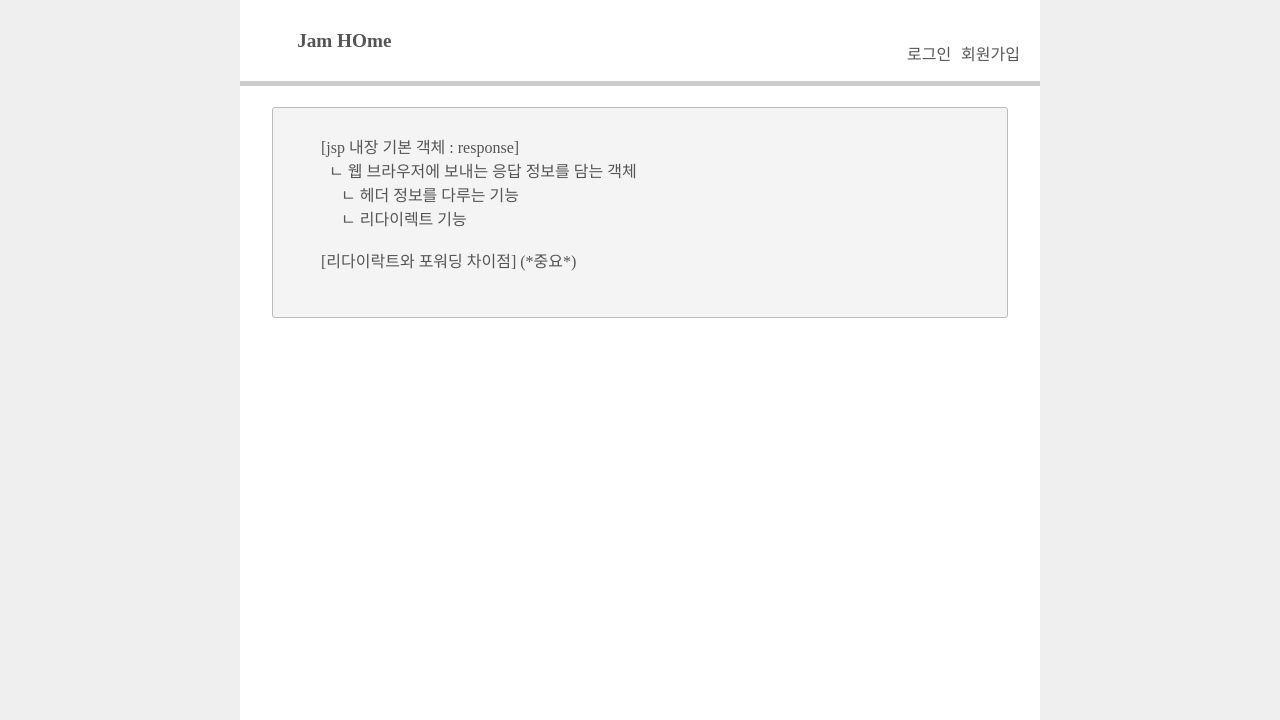
Repository: woals5636/JSPClass
Page: http://localhost/jspPro/days03/ex07.jsp
The author's editor kept a copy of each file at every save. The page is drawn from the files as they stood at one save, then again after the next save.
The browser window is 1280 px wide. The pictures show the whole page.
Some web fonts or font styles are not loaded; a fallback is used. The page is served by Tomcat 9. Other server files are loaded and not shown.

Above is the page before, as saved 2024-10-17 06:15:35.

### jspPro/src/main/webapp/days03/ex07.jsp
<%@ page contentType="text/html; charset=UTF-8" pageEncoding="UTF-8"%>
<!DOCTYPE html>
<html>
<head>
<meta charset="UTF-8">
<title>Insert title here</title>
<link rel="shortcut icon" type="image/x-icon" href="http://localhost/jspPro/images/SiSt.ico">
<script src="https://ajax.googleapis.com/ajax/libs/jquery/3.7.1/jquery.min.js"></script>
<meta name="viewport" content="width=device-width, initial-scale=1.0">
<meta name="google" content="notranslate">
<link rel="stylesheet" href="http://localhost/jspPro/resources/cdn-main/example.css">
<script src="http://localhost/jspPro/resources/cdn-main/example.js"></script>
<style>
 span.material-symbols-outlined{
    vertical-align: text-bottom;
 }
</style>
</head>
<body>
<header>
  <h1 class="main"><a href="#" style="position: absolute;top:30px;">Jam HOme</a></h1>
  <ul>
    <li><a href="#">로그인</a></li>
    <li><a href="#">회원가입</a></li>
  </ul>
</header>
<div>
  <xmp class="code">
  	[jsp 내장 기본 객체 : response]
  	  ㄴ 웹 브라우저에 보내는 응답 정보를 담는 객체
  	     ㄴ 헤더 정보를 다루는 기능
  	     ㄴ 리다이렉트 기능

  	[리다이락트와 포워딩 차이점] (*중요*)

  </xmp>
</div>
</body>
</html>

### jspPro/src/main/webapp/resources/cdn-main/example.css
@charset "UTF-8";

@import url('https://fonts.googleapis.com/css2?family=Material+Symbols+Outlined:opsz,wght,FILL,GRAD@20..48,100..700,0..1,-50..200');

@font-face {
    font-family: 'GmarketSansMedium';
    src: url('https://cdn.jsdelivr.net/gh/projectnoonnu/noonfonts_2001@1.1/GmarketSansMedium.woff') format('woff');
    font-weight: normal;
    font-style: normal;
}

:root {
	--text-color: #555;
	--sub-text-color: #777;
	--back-color: #EFEFEF;
	--header-color: #444;
	--primary-color: #DEDEDE;
	--secondary-color: #EFEFEF;
	--default-width: 800px;
	--narrow-width: 500px;
	--wide-width: 1200px;
	--text-font: 'GmarketSansMedium';
	--icon-font: 'Material Symbols Outlined';
	--border-color: #CCC;
}

html, body {
	margin: 0;
	padding: 0;
}

html {
	background-color: var(--back-color);
	display: flex;
	justify-content: center;
	min-height: 100vh;
}

body, body.default {
	width: var(--default-width);
	background-color: white;
	padding-bottom: 120px;
}

body.wide {
	width: var(--wide-width);
}

body.narrow {
	width: var(--narrow-width);
}



body, p, div, span, a, input, select, option, textarea, button, table, th, td, label, fieldset, legend {
	font-family: var(--text-font);
	color: var(--text-color);
}

h1, h2, h3 {
	font-family: var(--text-font);
	color: var(--header-color);
	padding: 0 1rem;
	padding-top: .5rem;
}

div > h1, div > h2, div > h3 {
	padding: 0;
}

body > div, body > main > div {
	padding: 0.3rem 1rem;
}


h1 { font-size: 2rem; border-bottom: 1px solid var(--border-color); }
h1 small { font-size: 1.2rem; color: var(--sub-text-color); }
h2 { font-size: 1.5rem; border-bottom: 1px dashed var(--border-color); }
h2 small { font-size: 1.1rem; color: --sub-text-color; }
h3 { font-size: 1.2rem; }
h3 small { font-size: 1rem; color: --sub-text-color; }



h1.main::before {
	font-family: var(--icon-font);
  	content: '\e666';
  	margin-right: 10px;
  	float: left;
	font-size: 2.5rem;
}

h1.sub::before {
	font-family: var(--icon-font);
  	content: '\ea19';
  	margin-right: 10px;
  	float: left;
	font-size: 2.5rem;
}


h1.page::before {
	font-family: var(--icon-font);
  	content: '\e0e0';
  	margin-right: 10px;
  	float: left;
	font-size: 2.5rem;
}

body > header > ul > li > .active{
	background-color: #FFF;
	color:#F00;
}

body > header {
	display: flex;
	justify-content: space-between;
	border-bottom: 5px solid var(--border-color);
	min-height: 74px;
	background-color: #FFF;
}

body > header.sticky {
	position: sticky;
	top: 0;
	z-index: 98;
}

body > header > h1 {
	font-size: 1.2rem;
	border: 0;
}

body > header.in > h1::before {
	font-family: var(--icon-font);
  	content: '\e332‥';
  	margin-right: 3px;
  	float: left;
	font-size: 2rem;
}


body > header > ul {
	list-style-type: none;
	display: flex;
	align-items: flex-end;
	margin-right: 10px;
}

body > header > ul > li {
	margin-right: 10px;
	cursor: pointer;
}

body > header > ul > li > a {
	cursor: pointer;
}


form {
	display: block;
}

form > div {
	padding: 0.3rem 1rem;
}

div > form > div {
	padding: 0.3rem 0;
}

input, textarea, button, select {
	border: 1px solid #BBB;
	border-radius: 3px;
	outline: none;
	resize: none;
	padding: 7px;
	margin: 0;
}

input[type=text]:read-only, textarea:read-only {
	cursor: not-allowed;
	background-color: #FFF;
}

input[type=text]:disabled, textarea:disabled {
	cursor: not-allowed;
	background-color: #EEE;
}

input[type=text], input[type=password], textarea, button, select {
	/* width: 300px; */
}

textarea {
	display: block;
	height: 100px;
}

input[type=button], input[type=submit], button {
	/* width: inherit; */
}

input.short, textarea.short, button.short, select.short {
	width: 100px;
}

input.long, textarea.long, button.long, select.long {
	width: 350px;
}

.narrow input.long, .narrow textarea.long, .narrow button.long, .narrow select.long {
	width: calc(100% - 20px);
}

input.full, textarea.full, button.full, select.full {
	width: calc(100% - 20px);
}

textarea.short {
	height: 50px;
}

textarea.long {
	height: 100px;
}

textarea.full {
	height: 200px;
}

input, textarea {
	padding-top: 8px;
}

input[type=button], input[type=submit], button {
	padding: 5px 10px;
	background-color: var(--secondary-color);
	cursor: pointer;
	min-height: 36px;
}

input[type=button].primary, input[type=submit].primary, button.primary {
	/* background-color: rgba(100, 149, 237, .2); */
	background-color: var(--primary-color);
}

input[type=button].primary:hover, input[type=submit].primary:hover, button.primary:hover {
	/* background-color: rgba(100, 149, 237, .3); */
	background-color: var(--secondary-color);
}

input[type=button]:hover, input[type=submit]:hover, button:hover {
	background-color: var(--primary-color);
}

button {
	position: relative;
	left: 0;
	top: 0;
	padding-left: 35px;
}

button .material-symbols-outlined {
	position: absolute;
	left: 10px;
	top: 4px;
}

/* k2nik add */
button.login::before {
	font-family: var(--icon-font);
  	content: '\ea77';
	position: absolute;
	left: 11px;
	top: 4px;
	font-size: 1.25rem;
}

/* k2nik logout */
button.logout::before {
	font-family: var(--icon-font);
  	content: '\e9ba';
	position: absolute;
	left: 11px;
	top: 4px;
	font-size: 1.25rem;
}

/* k2nik help */
button.help::before {
	font-family: var(--icon-font);
  	content: '\f1c0';
	position: absolute;
	left: 11px;
	top: 4px;
	font-size: 1.25rem;
}

button.add::before{
	font-family: var(--icon-font);
  	content: '\e746';
	position: absolute;
	left: 11px;
	top: 4px;
	font-size: 1.25rem;
}

button.back::before {
	font-family: var(--icon-font);
  	content: '\e166';
	position: absolute;
	left: 11px;
	top: 4px;
	font-size: 1.25rem;
}

button.list::before {
	font-family: var(--icon-font);
  	content: '\e0ee';
	position: absolute;
	left: 11px;
	top: 4px;
	font-size: 1.25rem;
}


button.del::before {
	font-family: var(--icon-font);
  	content: '\e872';
	position: absolute;
	left: 11px;
	top: 4px;
	font-size: 1.25rem;
}


button.edit::before {
	font-family: var(--icon-font);
  	content: '\e745';
	position: absolute;
	left: 11px;
	top: 4px;
	font-size: 1.25rem;
}


button.login::before {
	font-family: var(--icon-font);
  	content: '\ea77';
	position: absolute;
	left: 11px;
	top: 4px;
	font-size: 1.25rem;
}


button.logout::before {
	font-family: var(--icon-font);
  	content: '\e9ba';
	position: absolute;
	left: 11px;
	top: 4px;
	font-size: 1.25rem;
}


button.in::before {
	font-family: var(--icon-font);
  	content: '\f71a';
	position: absolute;
	left: 11px;
	top: 4px;
	font-size: 1.25rem;
}


button.out::before {
	font-family: var(--icon-font);
  	content: '\f70e';
	position: absolute;
	left: 11px;
	top: 4px;
	font-size: 1.25rem;
}


button.reply::before {
	font-family: var(--icon-font);
  	content: '\e15e';
	position: absolute;
	left: 11px;
	top: 4px;
	font-size: 1.25rem;
}


button.comment::before {
	font-family: var(--icon-font);
  	content: '\e0b9';
	position: absolute;
	left: 11px;
	top: 4px;
	font-size: 1.25rem;
}


button.modal::before {
	font-family: var(--icon-font);
  	content: '\e89e';
	position: absolute;
	left: 11px;
	top: 4px;
	font-size: 1.25rem;
}


button.ok::before {
	font-family: var(--icon-font);
  	content: '\e86c';
	position: absolute;
	left: 11px;
	top: 4px;
	font-size: 1.25rem;
}


button.cancel::before {
	font-family: var(--icon-font);
  	content: '\e5c9';
	position: absolute;
	left: 11px;
	top: 4px;
	font-size: 1.25rem;
}

button.search::before {
	font-family: var(--icon-font);
  	content: '\e8b6';
	position: absolute;
	left: 11px;
	top: 4px;
	font-size: 1.25rem;
}

button.home::before {
	font-family: var(--icon-font);
  	content: '\e88a';
	position: absolute;
	left: 11px;
	top: 4px;
	font-size: 1.25rem;
}


button.sidebar::before {
	font-family: var(--icon-font);
  	content: '\f7e4';
	position: absolute;
	left: 11px;
	top: 4px;
	font-size: 1.25rem;
}


button.sidebar-right::before {
	font-family: var(--icon-font);
  	content: '\f7e5';
	position: absolute;
	left: 11px;
	top: 4px;
	font-size: 1.25rem;
}




button::before {
	font-family: var(--icon-font);
  	content: '\e323';
	position: absolute;
	left: 11px;
	top: 4px;
	font-size: 1.25rem;
}


table {
	border-collapse: collapse;
	margin: 1rem;
	box-sizing: border-box;
	width: calc(100% - 32px);
}

table.content {
	width: auto;
}

div > table {
	margin: 0;
}

table th, table td {
	border: 1px solid var(--border-color);
	padding: 7px;
	font-weight: normal;
}

table th {
	background-color: var(--back-color);
}

table.vertical th {
	width: 150px;
}

table.vertical td {
	width: calc(100% - 182px);
	padding-left: 10px;
}

table.content td, table.content th {
	width: auto;
}

body.narrow table.vertical th {
	width: 100px;
}

body.narrow table.vertical td {
	width: calc(100% - 182px);
}


table + table {
	margin-top: 30px;
}


p {
	padding: 0 1rem;
}

a {
	text-decoration: none;
}

a:hover {
	color: rgba(255, 99, 71, .7);
}

hr {
	border: 0;
	border-top: 1px solid var(--border-color);
	margin: 2rem 0;
}

.message {
	border: 1px solid var(--border-color);
	background-color: #EFEFEF;
	margin: 1rem;
	width: auto;
	padding-top: 10px;
	padding-bottom: 10px;
	font-size: 14px;
}

.message[title]::before {
	content: attr(title);
	display: block;
	border-bottom: 1px solid var(--border-color);
	padding-bottom: 5px;
	margin-bottom: 10px;
	margin-top: 7px;
}

.message.short {
	max-width: 250px;
}

.message.long {
	max-width: 500px;
}

.badge {
	float: right;
	font-size: .8rem;
	margin-top: 2px;
	margin-right: 2px;
	text-shadow: 0 0 7px gray;
}

.badge.left {
	float: none;
	margin-left: 2px;
}

.badge.right {
	float: right;
}

.badge.red {
	border-radius: 50%;
	padding: 2px 5px;
	background-color: rgb(255, 99, 71, .3);
}

.badge.yellow {

	border-radius: 50%;
	padding: 2px 5px;
	background-color: rgb(255, 215, 0, .5);
}

.badge.blue {
	border-radius: 50%;
	padding: 2px 5px;
	background-color: rgb(100, 149, 237, .3);
}

label + label {
	margin-left: 7px;
}

label input[type=checkbox], label input[type=radio] {
	transform: translate(0, 1px);
}

.group {
	display: flex;
}

.modal-content .group {
	margin-bottom: .5rem;
}

.group label {
	border: 1px solid #BBB;
	border-radius: 3px;
	outline: none;
	resize: none;
	padding: 7px 14px;
	margin: 0;
	border-top-right-radius: 0;
	border-bottom-right-radius: 0;
	background-color: #EFEFEF;
	white-space: nowrap;
	font-size: 14px;
}

.group input[type=text] {
	margin-left: -1px;
	border-top-left-radius: 0;
	border-bottom-left-radius: 0;
}

.group select {
	margin-left: -1px;
	border-top-left-radius: 0;
	border-bottom-left-radius: 0;
}

.group input.full[type=text] {
	margin-left: -1px;
	border-top-left-radius: 0;
	border-bottom-left-radius: 0;
	width: 100%;
}

.group input[type=button]:first-child, .group button:first-child {
	border-top-left-radius: 3px;
	border-bottom-left-radius: 3px;
	margin-left: 0px;
}

.group input[type=button], .group button {
	border-radius: 0;
	margin-left: -1px;
}

.group input[type=button]:last-child, .group button:last-child {
	margin-left: -1px;
	border-top-right-radius: 3px;
	border-bottom-right-radius: 3px;
}

.seperate {
	display: flex;
	justify-content: space-between;
}

div.list {
	width: max-content;
	margin: 1rem;
	border: 1px solid #BBB;
	border-radius: 3px;
	padding: 0;
}

div.list.full {
	width: auto;
	display: block;
	margin: 1rem;
	border: 1px solid #BBB;
	border-radius: 3px;
	padding: 0;
}

div.list > div {
	padding: .5rem 1rem;
	margin: 0;
	border-bottom: 1px solid #BBB;
}

div.list > div:last-child {
	border-bottom: 0;
}

pre.code , xmp.code{
	font-family: consols;
	background-color: rgba(150, 150, 150, .1);
	border: 1px solid #BBB;
	border-radius: 3px;
	padding: .5rem 1rem;
	padding-bottom: .6rem;
	margin: 1rem;
}




*[data-modal-window] {
	position: fixed;
	background-color: rgba(0, 0, 0, .3);
	left: 0;
	top: 0;
	display: none;
	justify-content: center;
	align-items: flex-start;
	width: 100%;
	min-height: 100vh;
	z-index: 100;
	opacity: 0;
	transition: 500ms all;
}

*[data-modal-window] .modal-container {
	border-radius: 5px;
	padding: 1rem;
	padding-bottom: .5rem;
	margin-top: -500px;
	opacity: 0;
	width: 500px;
	background-color: #FFF;
	margin-right: 2rem;
	transition: 500ms all;
}

*[data-modal-size=content] .modal-container {
	width: auto;
}

*[data-modal-size=narrow] .modal-container {
	width: 300px;
}

*[data-modal-size=wide] .modal-container {
	width: 760px;
}


*[data-modal-window] .modal-header {
	border-bottom: 1px solid var(--border-color);
	padding: 2px 5px;
}

*[data-modal-window] .modal-content {
	padding: 1rem 5px;
}

*[data-modal-window] .modal-content div:last-child {
	margin-top: 1rem;
	text-align: right;
}



*[data-sidebar-window] {
	position: fixed;
	background-color: #FFF;
	left: 0;
	top: 0;
	display: block;
	width: 300px;
	border-right: 1px solid var(--border-color);
	box-sizing: border-box;
	box-shadow: 0 0 3px var(--back-color);
	min-height: 100vh;
	z-index: 99;
	transform: translate(-300px, 0);
	transition-duration: 500ms;
	transition-property: transform;
}

*[data-sidebar-direction=right] {
	left: auto;
	right: 0;
	transform: translate(300px, 0);
	border-left: 1px solid var(--border-color);
}

*[data-sidebar-size=wide] {
	width: 500px;
	transform: translate(-500px, 0);
}

*[data-sidebar-window] .sidebar-title {
	border-bottom: 1px solid var(--border-color);
	margin-top: 20px;
	margin-bottom: 20px;
	padding-bottom: 5px;
	display: flex;
	justify-content: space-between;
}

*[data-sidebar-window] .sidebar-title span:last-child {
	cursor: pointer;
}


/* K2Nik pagination */
.center {
  text-align: center;
}

.pagination {
  display: inline-block;
}

.pagination a {
  color: black;
  float: left;
  padding: 3px 6px;
  text-decoration: none;
  transition: background-color .3s;
  border: 1px solid #ddd;
  margin: 0 3px;
}

.pagination a.active {
  background-color: #4CAF50;
  color: white;
  border: 1px solid #4CAF50;
}

.pagination a:hover:not(.active) {background-color: #ddd;}

### jspPro/src/main/webapp/resources/cdn-main/example.js

window.onload = () => {

    const list = document.querySelectorAll('input, textarea');

    list.forEach(item => {
        item.setAttribute('autocomplete', 'off');
    });


    const modal_btn_list = document.querySelectorAll('*[data-modal-button]');

    modal_btn_list.forEach(item => {
        item.onclick = function() {

            const name = this.dataset['modalButton'];
            const modal_window = document.querySelector('*[data-modal-window=' + name);

            const container = document.createElement('div');
            container.className = 'modal-container';



            const modal_header = document.createElement('div');
            modal_header.textContent = modal_window.dataset['modalTitle'];
            modal_header.className = 'modal-header';
            container.appendChild(modal_header);

            const modal_content = document.createElement('div');
            modal_content.className = 'modal-content';
            container.appendChild(modal_content);

            Array.from(modal_window.childNodes).forEach(item => {
                modal_content.appendChild(item);
            });

            modal_window.appendChild(container);

            modal_window.style.display = 'flex';

            setTimeout(() => {
                modal_window.style.opacity = 1;
                container.style.marginTop = '20px';
                container.style.opacity = 1;
            }, 50);


            const modal_ok = document.querySelector('*[data-modal-ok=' + name);
            modal_ok.addEventListener('click', function() {
                modal_window.style.opacity = 0;
                container.style.marginTop = '-500px';
                container.style.opacity = 0;

                setTimeout(() => {
                    modal_window.innerHTML = modal_content.innerHTML;
                    modal_window.style.display = 'none';
                }, 500);

            });

            const modal_cancel = document.querySelector('*[data-modal-cancel=' + name);
            modal_cancel.addEventListener('click', function() {

                modal_window.style.opacity = 0;
                container.style.marginTop = '-500px';
                container.style.opacity = 0;

                setTimeout(() => {
                    modal_window.innerHTML = modal_content.innerHTML;
                    modal_window.style.display = 'none';
                }, 500);
            });


        };
    });


    const sidebar_btn_list = document.querySelectorAll('*[data-sidebar-button]');

    sidebar_btn_list.forEach(item => {
        item.onclick = function() {



            const name = this.dataset['sidebarButton'];
            const sidebar_window = document.querySelector('*[data-sidebar-window=' + name);

            if (sidebar_window.style.transform == 'translate(0px, 0px)') return;



            sidebar_window.style.transform = 'translate(0, 0)';

            const sidebar_title = document.createElement('div');
            sidebar_title.className = 'sidebar-title';
            sidebar_title.innerHTML = '<span>' + sidebar_window.dataset['sidebarTitle'] + '</span><span class="material-symbols-outlined">close</span>';

            sidebar_title.children[1].onclick = function() {

                let sign = 1;
                let distance = 300;

                if (sidebar_window.dataset['sidebarDirection'] != 'right') {
                    sign = -1;
                } else {
                    sign = 1;
                }

                if (sidebar_window.dataset['sidebarSize'] != 'wide') {
                    distance = 300;
                } else {
                    distance = 500;
                }

                distance *= sign;

                sidebar_window.style.transform = 'translate(' + distance + 'px, 0)';

                setTimeout(function() {
                    sidebar_window.removeChild(sidebar_window.children[0]);
                }, 500);
            };


            sidebar_window.prepend(sidebar_title);

        }
    });

};

// window.onkeydown = function(event) {

//     if (event.keyCode == 27) {
//         if (document.querySelector('[data-modal-window').style.display == 'flex') {
//             document.querySelector('[data-modal-window').style.display = 'none';
//         }
//     }

// };

After the next save:
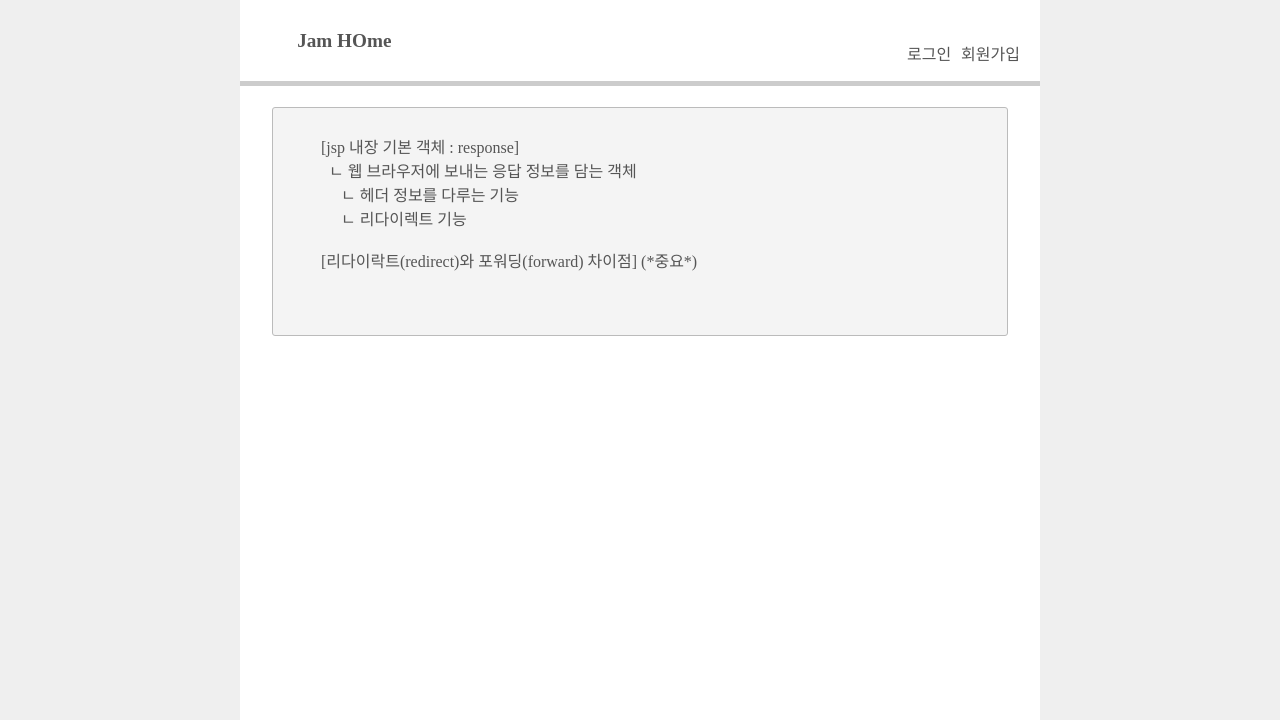
Saved 12 s later.
--- a/jspPro/src/main/webapp/days03/ex07.jsp
+++ b/jspPro/src/main/webapp/days03/ex07.jsp
@@ -31,7 +31,8 @@
   	     ㄴ 헤더 정보를 다루는 기능
   	     ㄴ 리다이렉트 기능
 
-  	[리다이락트와 포워딩 차이점] (*중요*)
+  	[리다이락트(redirect)와 포워딩(forward) 차이점] (*중요*)
+
 
   </xmp>
 </div>
